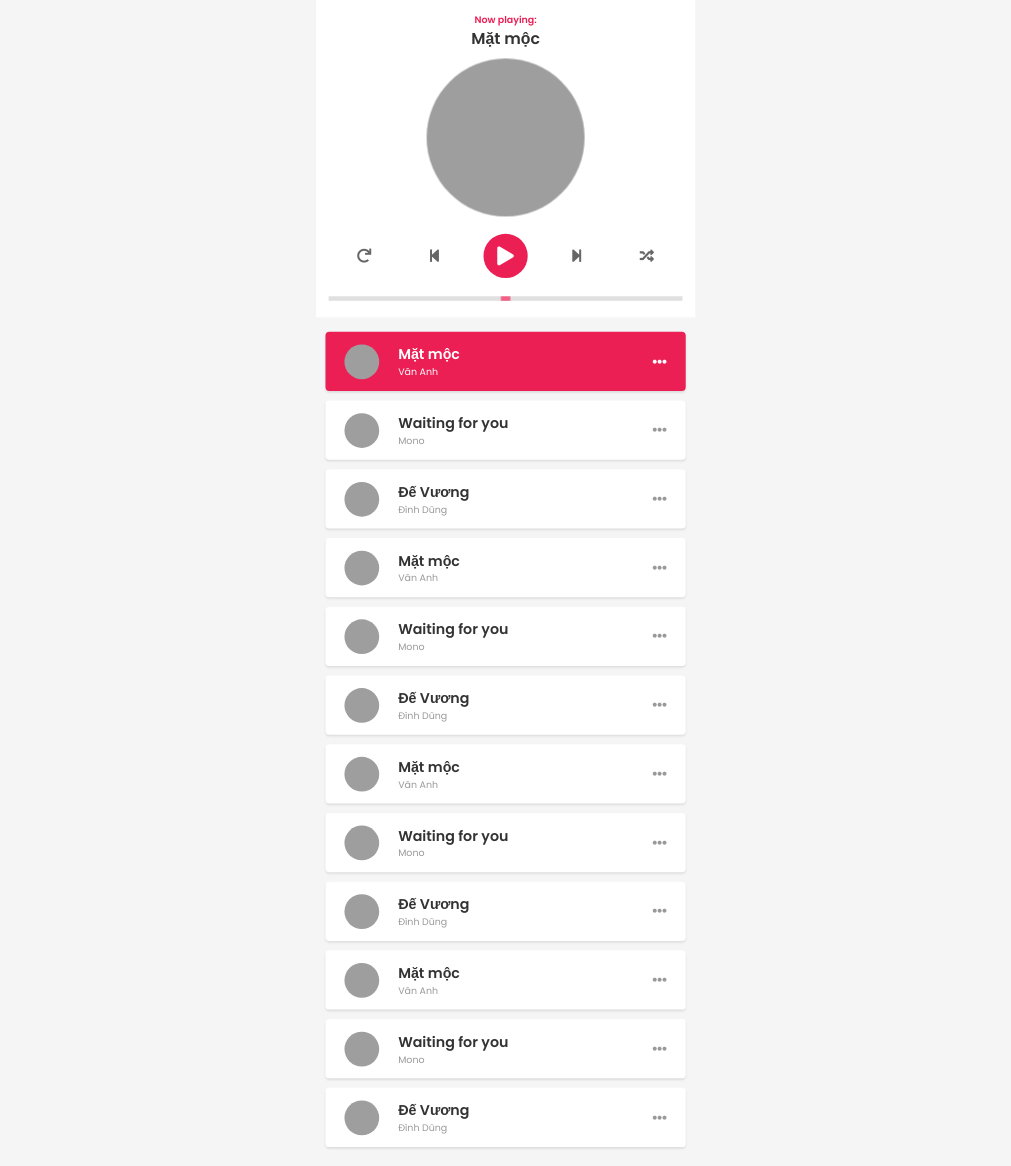
Repository: Tbs-Giang-Luong/app_music_ver1
Page: index.html
An editor plug-in stored every save of this project. The page is shown before and after the next save, followed by the edit.
The browser window is 1280 px wide. The pictures show the whole page, at 79% of full size.
Pictures or frames that could not be fetched are drawn as grey boxes.

Above is the page before, as saved 2022-10-21 00:34:23.

### index.html
<!DOCTYPE html>
<html lang="en">
  <head>
    <meta charset="UTF-8" />
    <meta http-equiv="X-UA-Compatible" content="IE=edge" />
    <meta name="viewport" content="width=device-width, initial-scale=1.0" />
    <title>Document</title>
    <link rel="stylesheet" href="./asset/css/main.css" />
  </head>
  <body>
    <meta name="viewport" content="width=device-width, initial-scale=1.0" />
    <title>Music player</title>
    <link
      rel="stylesheet"
      href="https://cdnjs.cloudflare.com/ajax/libs/font-awesome/5.15.2/css/all.min.css"
      integrity="sha512-HK5fgLBL+xu6dm/Ii3z4xhlSUyZgTT9tuc/hSrtw6uzJOvgRr2a9jyxxT1ely+B+xFAmJKVSTbpM/CuL7qxO8w=="
      crossorigin="anonymous"
    />
    <link rel="preconnect" href="https://fonts.gstatic.com" />
    <link
      href="https://fonts.googleapis.com/css2?family=Poppins:wght@300;400;600&display=swap"
      rel="stylesheet"
    />

    <div class="player">
      <!-- Dashboard -->
      <div class="dashboard">
        <!-- Header -->
        <header>
          <h4>Now playing:</h4>
          <h2>String 57th & 9th</h2>
        </header>

        <!-- CD -->
        <div class="cd">
          <div
            class="cd-thumb"
            style="
              background-image: url('https://i.ytimg.com/vi/jTLhQf5KJSc/maxresdefault.jpg');
            "
          ></div>
        </div>

        <!-- Control -->
        <div class="control">
          <div class="btn btn-repeat">
            <i class="fas fa-redo"></i>
          </div>
          <div class="btn btn-prev">
            <i class="fas fa-step-backward"></i>
          </div>
          <div class="btn btn-toggle-play ">
            <i class="fas fa-pause icon-pause"></i>
            <i class="fas fa-play icon-play"></i>
          </div>
          <div class="btn btn-next">
            <i class="fas fa-step-forward"></i>
          </div>
          <div class="btn btn-random">
            <i class="fas fa-random"></i>
          </div>
        </div>

        <input
          id="progress"
          class="progress"
          type="range"
          value="0"
          step="1"
          min="0"
          max="100"
        />

        <audio id="audio" src=""></audio>
      </div>

      <!-- Playlist -->
      <div class="playlist">

      </div>
    </div>

    <!-- Design from: https://static.collectui.com/shots/3671744/musicloud-revolutionary-app-for-music-streaming-large -->
    <script src="main.js"></script>
  </body>
</html>

### asset/css/main.css
:root {
  --primary-color: #ec1f55;
  --text-color: #333;
}

* {
  padding: 0;
  margin: 0;
  box-sizing: inherit;
}

body {
  background-color: #f5f5f5;
}

html {
  box-sizing: border-box;
  font-family: "Poppins", sans-serif;
}

.player {
  position: relative;
  max-width: 480px;
  margin: 0 auto;
}

.player .icon-pause {
  display: none;
}

.player.playing .icon-pause {
  display: inline-block;
}

.player.playing .icon-play {
  display: none;
}

.dashboard {
  padding: 16px 16px 14px;
  background-color: #fff;
  position: fixed;
  top: 0;
  width: 100%;
  max-width: 480px;
  border-bottom: 1px solid #ebebeb;
}

/* HEADER */
header {
  text-align: center;
  margin-bottom: 10px;
}

header h4 {
  color: var(--primary-color);
  font-size: 12px;
}

header h2 {
  color: var(--text-color);
  font-size: 20px;
}

/* CD */
.cd {
  display: flex;
  margin: auto;
  width: 200px;
}

.cd-thumb {
  width: 100%;
  padding-top: 100%;
  border-radius: 50%;
  background-color: #333;
  background-size: cover;
  margin: auto;
}

/* CONTROL */
.control {
  display: flex;
  align-items: center;
  justify-content: space-around;
  padding: 18px 0 8px 0;
}

.control .btn {
  color: #666;
  padding: 18px;
  font-size: 18px;
}

.control .btn.active {
  color: var(--primary-color);
}

.control .btn-toggle-play {
  width: 56px;
  height: 56px;
  border-radius: 50%;
  font-size: 24px;
  color: #fff;
  display: flex;
  align-items: center;
  justify-content: center;
  background-color: var(--primary-color);
}

.progress {
  width: 100%;
  -webkit-appearance: none;
  height: 6px;
  background: #d3d3d3;
  outline: none;
  opacity: 0.7;
  -webkit-transition: 0.2s;
  transition: opacity 0.2s;
}

.progress::-webkit-slider-thumb {
  -webkit-appearance: none;
  appearance: none;
  width: 12px;
  height: 6px;
  background-color: var(--primary-color);
  cursor: pointer;
}

/* PLAYLIST */
.playlist {
  margin-top: 408px;
  padding: 12px;
}

.song {
  display: flex;
  align-items: center;
  margin-bottom: 12px;
  background-color: #fff;
  padding: 8px 16px;
  border-radius: 5px;
  box-shadow: 0 2px 3px rgba(0, 0, 0, 0.1);
}

.song.active {
  background-color: var(--primary-color);
}

.song:active {
  opacity: 0.8;
}

.song.active .option,
.song.active .author,
.song.active .title {
  color: #fff;
}

.song .thumb {
  width: 44px;
  height: 44px;
  border-radius: 50%;
  background-size: cover;
  margin: 0 8px;
}

.song .body {
  flex: 1;
  padding: 0 16px;
}

.song .title {
  font-size: 18px;
  color: var(--text-color);
}

.song .author {
  font-size: 12px;
  color: #999;
}

.song .option {
  padding: 16px 8px;
  color: #999;
  font-size: 18px;
}

### main.js
// App music

const $ = document.querySelector.bind(document);
const $$ = document.querySelectorAll.bind(document);

const PLAYER_STORAGE_KEY = 'F8_PLAYER';

const player = $(".player");
const playlist = $(".playlist");
const cd = $(".cd");
const heading = $("header h2");
const cdThumb = $(".cd-thumb");
const audio = $("#audio");
const playBtn = $(".btn-toggle-play");
const progress = $("#progress");
const nextBtn = $(".btn-next");
const prevBtn = $(".btn-prev");
const randomBtn = $(".btn-random");
const repeatBtn = $(".btn-repeat");
const songActive = $(".song .active");

const app = {
  currentIndex: 0,
  isPlaying: false,
  isRandom: false,
  isRepeat: false,
  config: JSON.parse(localStorage.getItem(PLAYER_STORAGE_KEY)) || {},
  songs: [
    {
      name: "Mặt mộc",
      singer: "Vân Anh",
      path: "./asset/music/WaitingForYou-MONOOnionn-7733882.mp3",
      image: "./asset/img/Mat moc.png",
    },
    {
      name: "Waiting for you",
      singer: "Mono",
      path: "./asset/music/WaitingForYou-MONOOnionn-7733882.mp3",
      image: "./asset/img/wating for you.jpg",
    },
    {
      name: "Đế Vương",
      singer: "Đình Dũng",
      path: "./asset/music/DeVuong-DinhDungACV-7121634.mp3",
      image: "./asset/img/De vuong.jpg",
    },
    {
      name: "Mặt mộc",
      singer: "Vân Anh",
      path: "./asset/music/Mat-Moc-Phạm-Nguyen-Ngọc-x-VAnh-x-An-Nhi.mp3",
      image: "./asset/img/Mat moc.png",
    },
    {
      name: "Waiting for you",
      singer: "Mono",
      path: "./asset/music/WaitingForYou-MONOOnionn-7733882.mp3",
      image: "./asset/img/wating for you.jpg",
    },
    {
      name: "Đế Vương",
      singer: "Đình Dũng",
      path: "./asset/music/DeVuong-DinhDungACV-7121634.mp3",
      image: "./asset/img/De vuong.jpg",
    },
    {
      name: "Mặt mộc",
      singer: "Vân Anh",
      path: "./asset/music/Mat-Moc-Phạm-Nguyen-Ngọc-x-VAnh-x-An-Nhi.mp3",
      image: "./asset/img/Mat moc.png",
    },
    {
      name: "Waiting for you",
      singer: "Mono",
      path: "./asset/music/WaitingForYou-MONOOnionn-7733882.mp3",
      image: "./asset/img/wating for you.jpg",
    },
    {
      name: "Đế Vương",
      singer: "Đình Dũng",
      path: "./asset/music/DeVuong-DinhDungACV-7121634.mp3",
      image: "./asset/img/De vuong.jpg",
    },
    {
      name: "Mặt mộc",
      singer: "Vân Anh",
      path: "./asset/music/Mat-Moc-Phạm-Nguyen-Ngọc-x-VAnh-x-An-Nhi.mp3",
      image: "./asset/img/Mat moc.png",
    },
    {
      name: "Waiting for you",
      singer: "Mono",
      path: "./asset/music/WaitingForYou-MONOOnionn-7733882.mp3",
      image: "./asset/img/wating for you.jpg",
    },
    {
      name: "Đế Vương",
      singer: "Đình Dũng",
      path: "./asset/music/DeVuong-DinhDungACV-7121634.mp3",
      image: "./asset/img/De vuong.jpg",
    },
  ],
  setConfig:function(key,value){
    this.config[key] =value;
      localStorage.setItem(PLAYER_STORAGE_KEY,JSON.stringify(this.config))

  },

  render: function () {
    const htmls = this.songs.map((song, index) => {
      return `
      <div class="song ${
        index === this.currentIndex ? "active" : ""
      }" data-index="${index}" >
      <div class="thumb" style="background-image: url('${song.image}')">
      </div>
      <div class="body">
      <h3 class="title">${song.name}</h3>
      <p class="author">${song.singer}</p>
      </div>
          <div class="option">
          <i class="fas fa-ellipsis-h"></i>
          </div>
          </div>
          `;
    });
    playlist.innerHTML = htmls.join("");
  },

  // Xử lý các sự kiện
  handleEvent: function () {
    const _this = this;
    const cdWidth = cd.offsetWidth;
    document.onscroll = function () {
      const scrollTop = window.scrollY || document.documentElement.scrollTop;
      const newCdWidth = cdWidth - scrollTop;
      cd.style.width = newCdWidth > 0 ? newCdWidth + "px" : 0;
      cd.style.opacity = newCdWidth / cdWidth;
    };

    // Xử lí cd khi quay

    const cdThumbAnimate = cdThumb.animate([{ transform: "rotate(360deg)" }], {
      duration: 10000,
      iteration: Infinity,
    });

    cdThumbAnimate.pause();

    // Xử lý khi ấn vào nút play
    playBtn.onclick = function () {
      if (_this.isPlaying) {
        audio.pause();
      } else {
        audio.play();
      }
    };
    // next bai hat
    nextBtn.onclick = function () {
      if (_this.isRandom) {
        _this.playRandomSong();
      } else {
        _this.nextSong();
      }
      audio.play();
      _this.render();
      _this.scrollIntoSongActive();
    };

    // lui bai hat
    prevBtn.onclick = function () {
      if (_this.isRandom) {
        _this.playRandomSong();
      } else {
        _this.prevSong();
      }
      audio.play();
      _this.scrollIntoSongActive();
    };

    // random bai hat
    randomBtn.onclick = function () {
      _this.isRandom = !_this.isRandom;
      this.setConfig('isRandom', _this.isRandom);
      randomBtn.classList.toggle("active", _this.isRandom);
    };

    //repeat bai hat
    repeatBtn.onclick = function () {
      _this.isRepeat = !_this.isRepeat;
      this.setConfig('isRepeat', _this.isRepeat);

      repeatBtn.classList.toggle("active", _this.isRepeat);
    };

    // Khi bài hát được play
    audio.onplay = function () {
      _this.isPlaying = true;
      player.classList.add("playing");
      cdThumbAnimate.play();
    };

    // Khi bài hát bị pause
    audio.onpause = function () {
      _this.isPlaying = false;
      player.classList.remove("playing");
      cdThumbAnimate.pause();
    };

    // Khi tua bài hát và tiến độ bài hát thay đổi

    audio.ontimeupdate = function () {
      const progressPresent = (audio.currentTime / audio.duration) * 100;
      progress.value = progressPresent;
    };

    // Xử lí khi tua bài hát
    progress.onchange = function (e) {
      const seekTime = (audio.duration * 100) / e.target.value;
      audio.currentTime = seekTime;
    };
    // Xử lý khi audio ended

    audio.onended = function () {
      if (_this.isRepeat) {
        audio.play();
      } else {
        nextBtn.click();
      }
    };

    // Lắng nghe hành vi clik vào playlist

    playlist.onclick = function (e) {
      const songNode = e.target.closest(".song:not(.active");
      if (songNode || e.target.closest("option")) {
        if (songNode) {
          _this.currentIndex = Number(songNode.dataset.index);
          _this.loadCurrentSong();
          _this.render();
          audio.play();
        }
      }
    };
  },

  defineProperties: function () {
    Object.defineProperty(this, "currentSong", {
      get: function () {
        return this.songs[this.currentIndex];
      },
    });
  },

  loadCurrentSong: function () {
    heading.textContent = this.currentSong.name;
    cdThumb.style.background = `url('${this.currentSong.image}')`;
    audio.src = this.currentSong.path;
  },

  loadConfig: function () {
    this.isRandom = this.config.isRandom
    this.isRepeat = this.config.isRepeat
  },

  nextSong: function () {
    this.currentIndex++;
    if (this.currentIndex >= this.songs.length) {
      this.currentIndex = 0;
    }
    this.loadCurrentSong();
  },

  prevSong: function () {
    this.currentIndex--;
    if (this.currentIndex < 0) {
      this.currentIndex = this.songs.length - 1;
    }
    this.loadCurrentSong();
  },

  playRandomSong: function () {
    let newIndex;
    do {
      newIndex = Math.floor(Math.random() * this.songs.length);
    } while (newIndex === this.currentIndex);
    this.currentIndex = newIndex;
    this.loadCurrentSong();
  },

  scrollIntoSongActive: function () {
    setTimeout(() => {
      songActive.scrollIntoView({
        behavior: "smooth",
        block: "nearest",
        inline: "center",
      });
    }, 300);
  },

  start: function () {
    // Định nghĩa các thuộc tính
    this.defineProperties();
    // Xử lý các sự kiện
    this.handleEvent();
    // Tải bài hát
    this.loadCurrentSong();
    // render ra giao diện UI
    this.render();
  },
};

app.start();

After the next save:
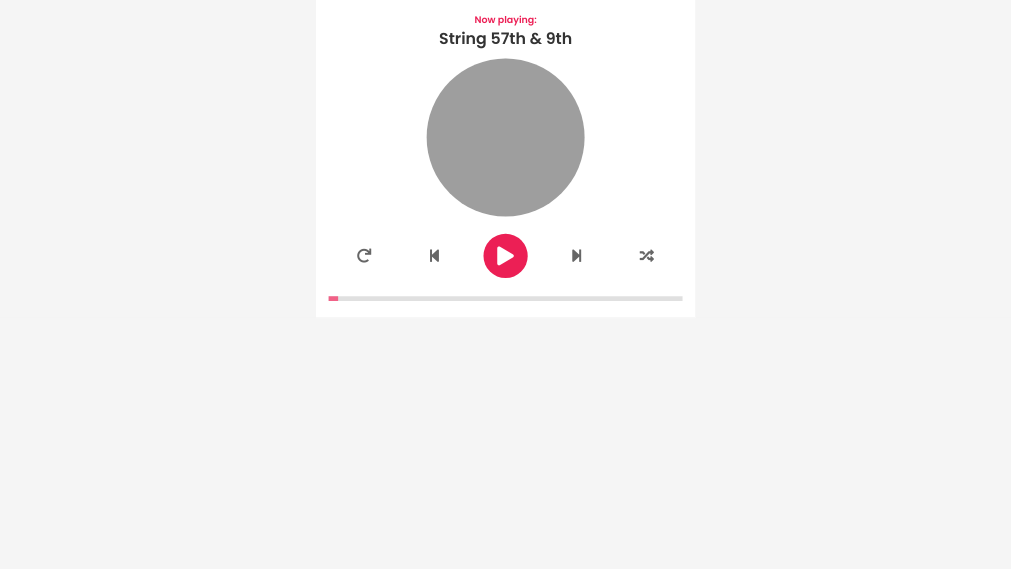
Console error: ReferenceError: loadConfig is not defined
Saved 50 s later.
--- a/main.js
+++ b/main.js
@@ -3,7 +3,7 @@
 const $ = document.querySelector.bind(document);
 const $$ = document.querySelectorAll.bind(document);
 
-const PLAYER_STORAGE_KEY = 'F8_PLAYER';
+const PLAYER_STORAGE_KEY = "F8_PLAYER";
 
 const player = $(".player");
 const playlist = $(".playlist");
@@ -99,10 +99,9 @@
       image: "./asset/img/De vuong.jpg",
     },
   ],
-  setConfig:function(key,value){
-    this.config[key] =value;
-      localStorage.setItem(PLAYER_STORAGE_KEY,JSON.stringify(this.config))
-
+  setConfig: function (key, value) {
+    this.config[key] = value;
+    localStorage.setItem(PLAYER_STORAGE_KEY, JSON.stringify(this.config));
   },
 
   render: function () {
@@ -180,14 +179,14 @@
     // random bai hat
     randomBtn.onclick = function () {
       _this.isRandom = !_this.isRandom;
-      this.setConfig('isRandom', _this.isRandom);
+      this.setConfig("isRandom", _this.isRandom);
       randomBtn.classList.toggle("active", _this.isRandom);
     };
 
     //repeat bai hat
     repeatBtn.onclick = function () {
       _this.isRepeat = !_this.isRepeat;
-      this.setConfig('isRepeat', _this.isRepeat);
+      this.setConfig("isRepeat", _this.isRepeat);
 
       repeatBtn.classList.toggle("active", _this.isRepeat);
     };
@@ -258,8 +257,8 @@
   },
 
   loadConfig: function () {
-    this.isRandom = this.config.isRandom
-    this.isRepeat = this.config.isRepeat
+    this.isRandom = this.config.isRandom;
+    this.isRepeat = this.config.isRepeat;
   },
 
   nextSong: function () {
@@ -298,6 +297,9 @@
   },
 
   start: function () {
+    // gắn câu thình từ  config vào ứng dụng
+    loadConfig()
+
     // Định nghĩa các thuộc tính
     this.defineProperties();
     // Xử lý các sự kiện

After the save that followed:
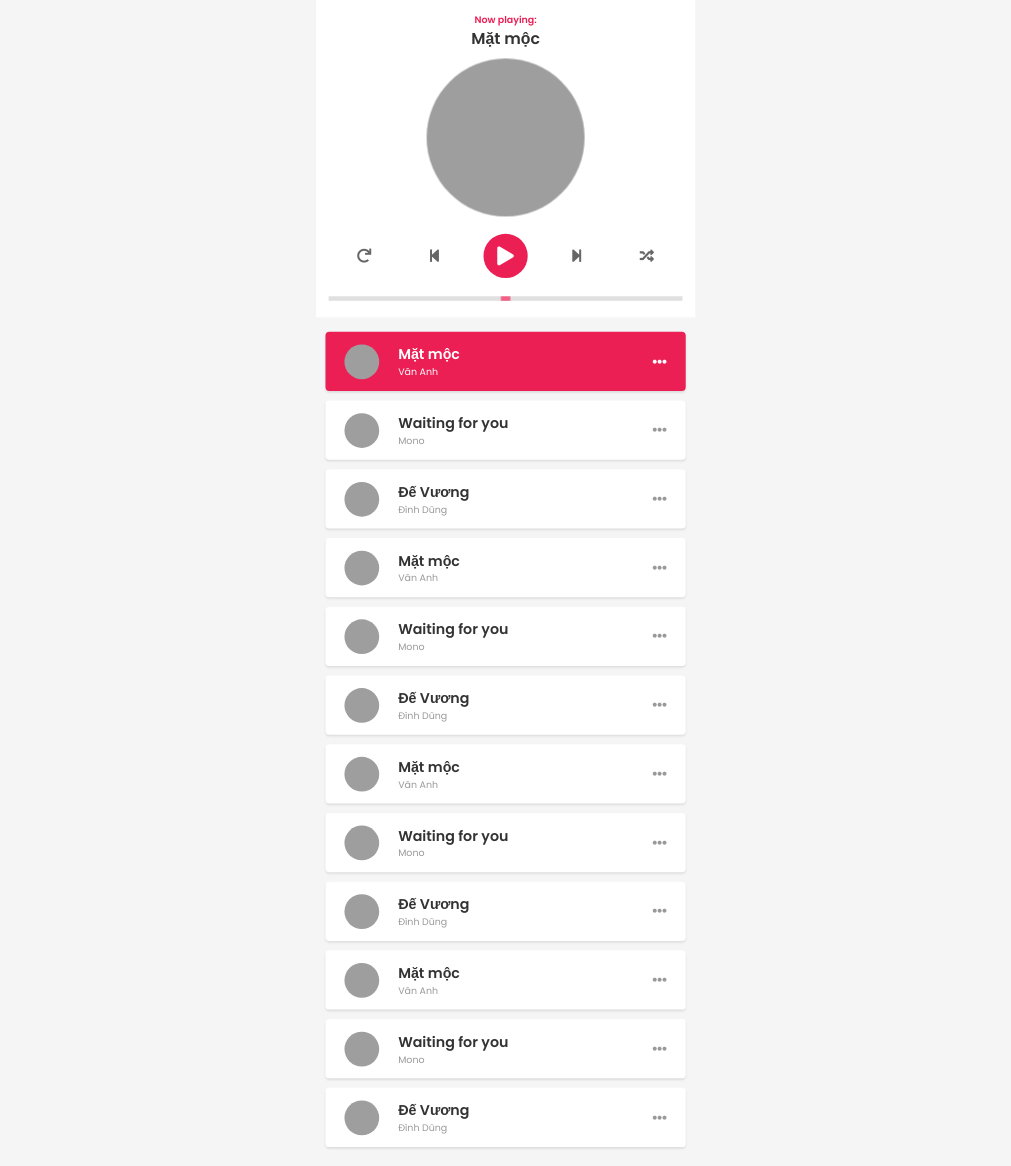
The error is gone.
Saved 5 s later.
--- a/main.js
+++ b/main.js
@@ -298,7 +298,7 @@
 
   start: function () {
     // gắn câu thình từ  config vào ứng dụng
-    loadConfig()
+    this.loadConfig()
 
     // Định nghĩa các thuộc tính
     this.defineProperties();
